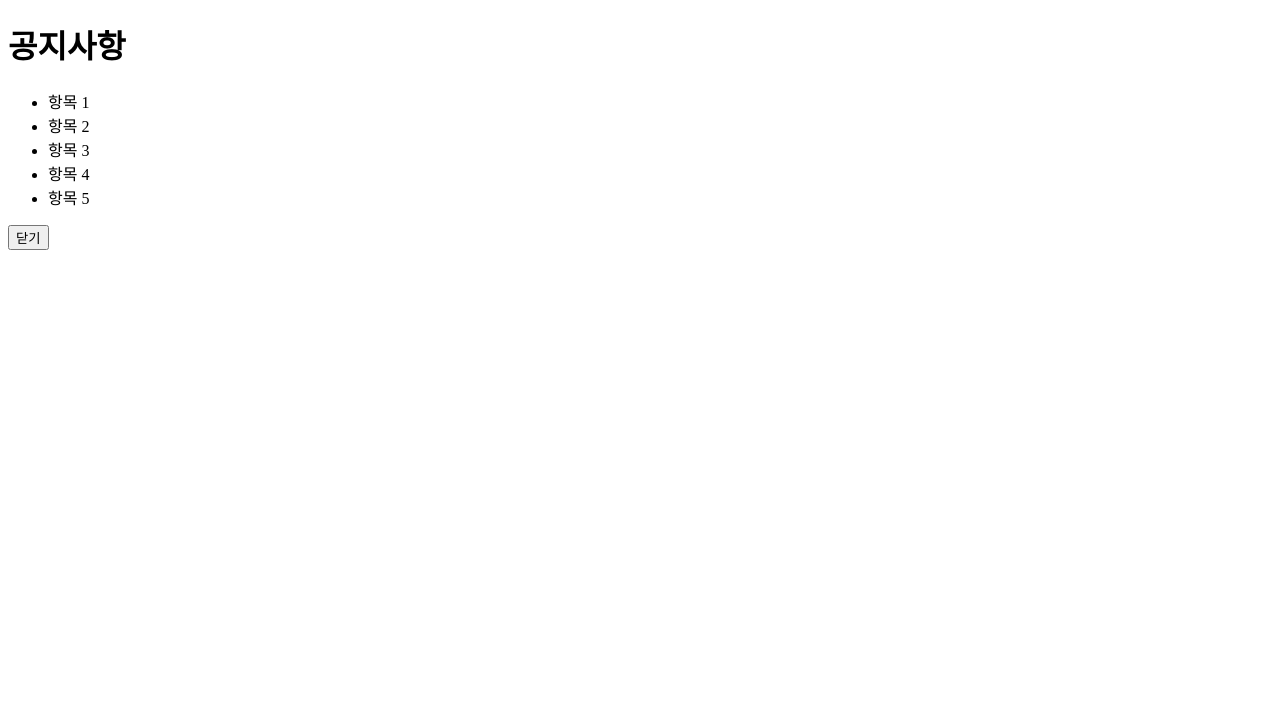
Repository: wjsjsn/23_webstudy
Page: 03_javascript/src/main/webapp/day03/notice.html
An editor plug-in stored every save of this project. The page is shown before and after the next save, followed by the edit.
The browser window is 1280 px wide. The pictures show the whole page.

Above is the page before, as saved 2023-06-29 03:50:20.

After the next save:
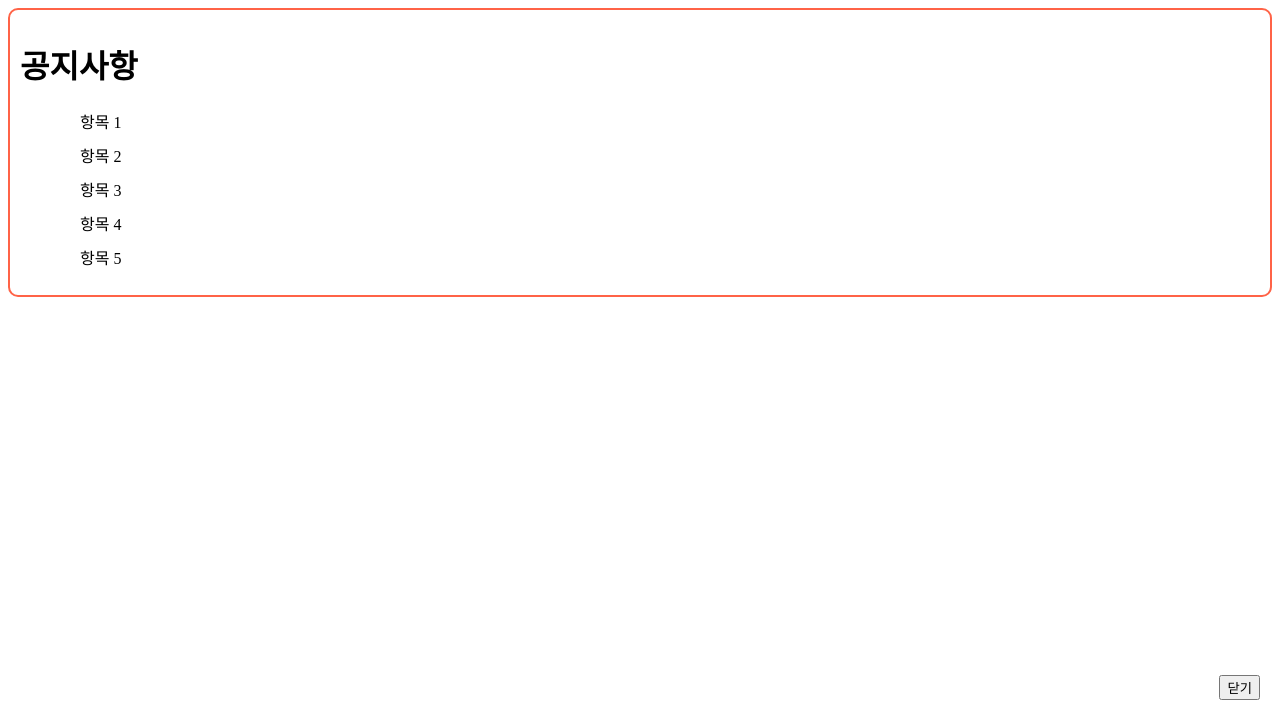
Saved 2 min 39 s later.
--- a/03_javascript/src/main/webapp/day03/notice.html
+++ b/03_javascript/src/main/webapp/day03/notice.html
@@ -2,19 +2,41 @@
 <html>
 <head>
 <meta charset="UTF-8">
-<title>notice</title>
+<title>공지사항</title>
+<style type="text/css">
+#content {
+	border: 2px double tomato;
+	border-radius: 10px;
+	padding: 10px;
+}
+
+ul {
+	margin-left: 15px;
+	list-style-type: none;
+}
+
+ul li {
+	margin: 10px 5px;
+}
+
+button {
+	position: absolute;
+	bottom: 20px;
+	right: 20px;
+}
+</style>
 </head>
 <body>
 	<div id="content">
-  <h1>공지사항</h1>
-    <ul>
-      <li>항목 1</li>
-      <li>항목 2</li>
-      <li>항목 3</li>
-      <li>항목 4</li>
-      <li>항목 5</li>
-    </ul>
-    <button onclick="send_close();">닫기</button>
-  </div>
+		<h1>공지사항</h1>
+		<ul>
+			<li>항목 1</li>
+			<li>항목 2</li>
+			<li>항목 3</li>
+			<li>항목 4</li>
+			<li>항목 5</li>
+		</ul>
+		<button onclick="send_close();">닫기</button>
+	</div>
 </body>
 </html>
